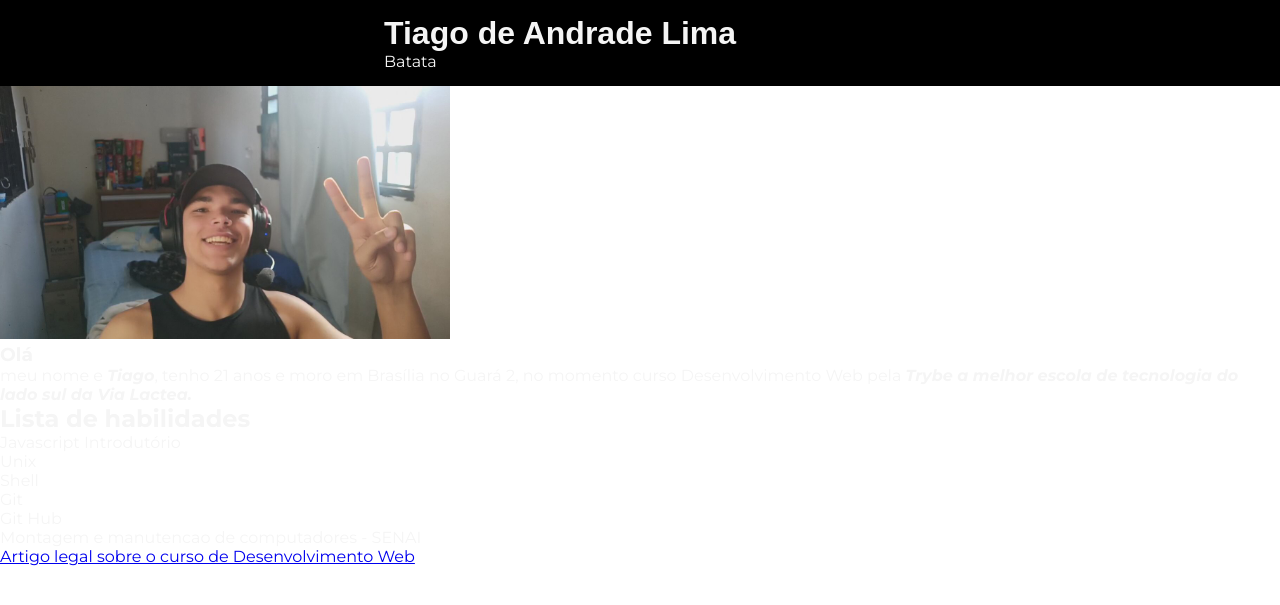
Repository: Batatiago/Batatiago.github.io
Page: index.html
An editor plug-in stored every save of this project. The page is shown before and after the next save, followed by the edit.
The browser window is 1280 px wide. The pictures show the whole page.

Above is the page before, as saved 2023-06-29 10:39:02.

After the next save:
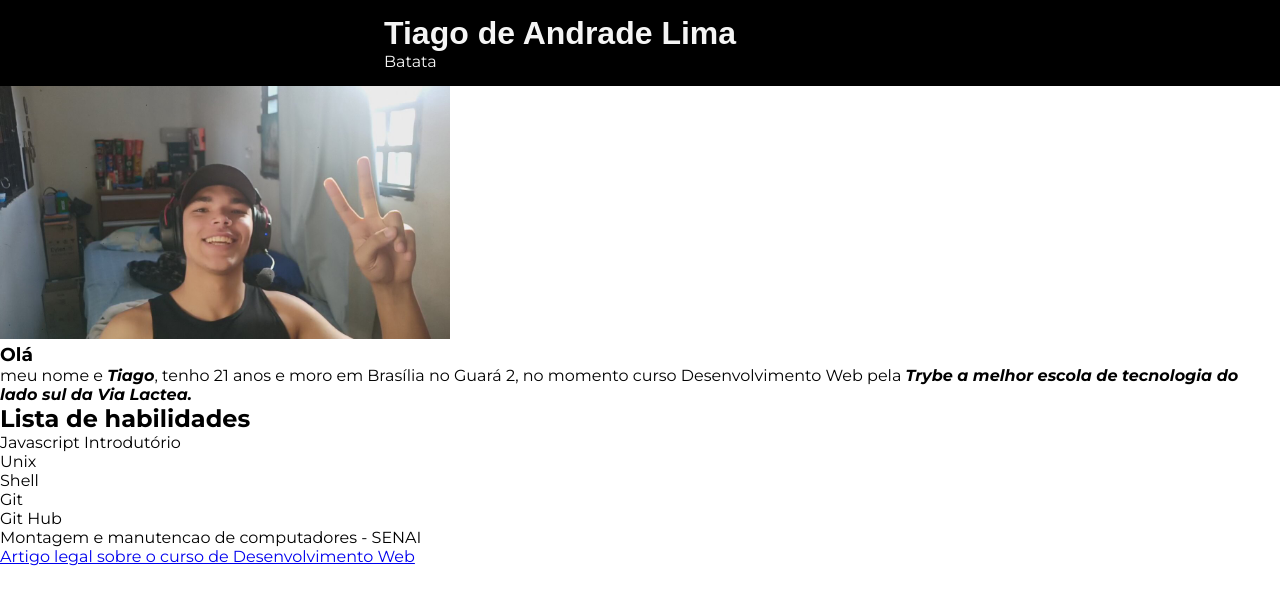
Saved 41 s later.
--- a/style.css
+++ b/style.css
@@ -6,12 +6,13 @@
 
 body {
     font-family: 'Montserrat', sans-serif;
-    color: whitesmoke;
 }
 
 .header-container {
     background-color: black;
+    color: whitesmoke;
 }
+
 .header {
     background-color: black;
     text-align: auto;
